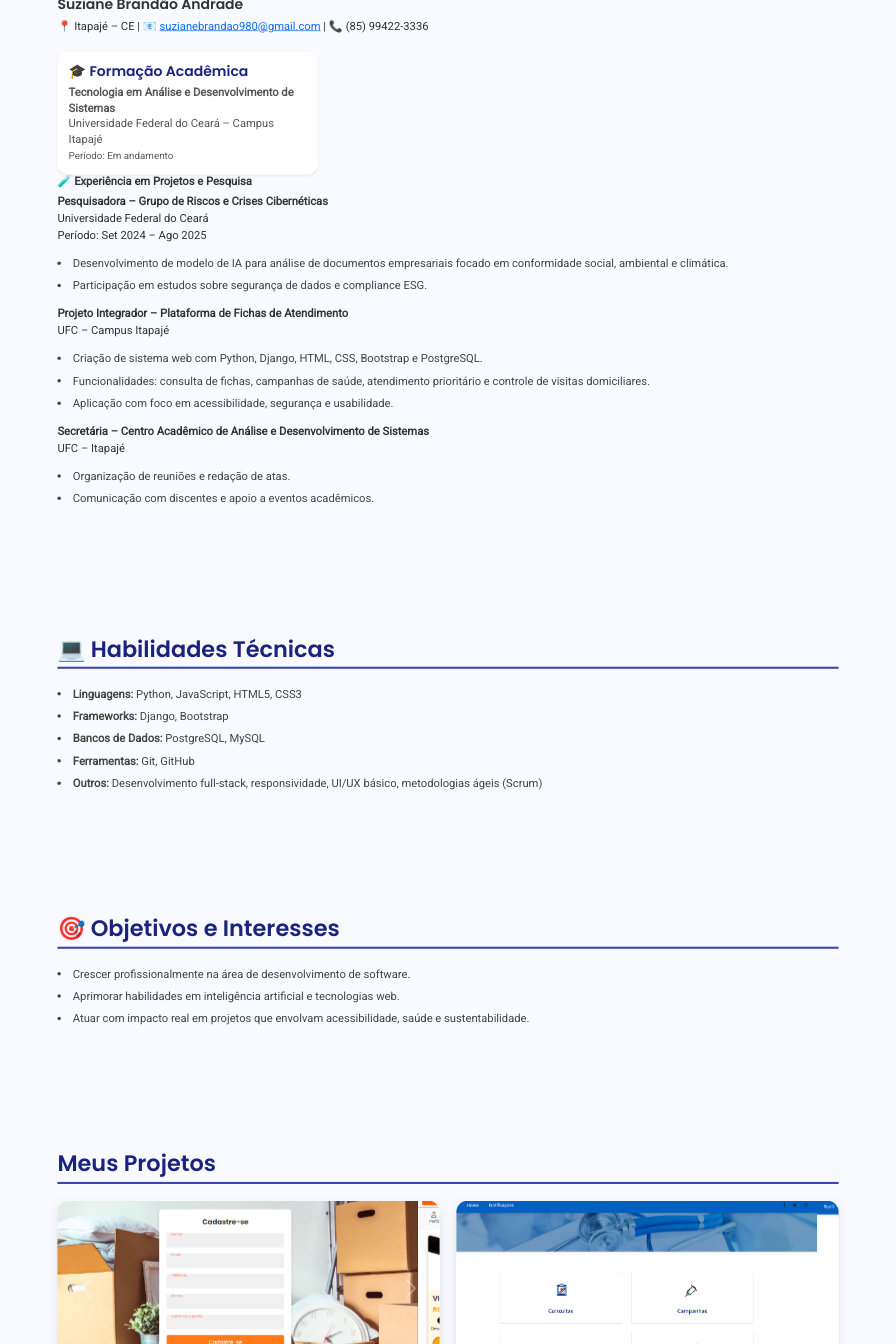
Repository: Suziane90/Portifolio
Page: index2.html
These files come from the project's save history. The page is drawn as it stood at one moment and after a run of saves; the edit follows.
The browser window is 1280 px wide. The pictures show the part of the page from y = 748 to 2668 px (the page is 3356 px tall before and 4208 px after), at 70% of full size.

Above is the page before, as saved 2025-07-24 11:05:03.

After the next 2 saves:
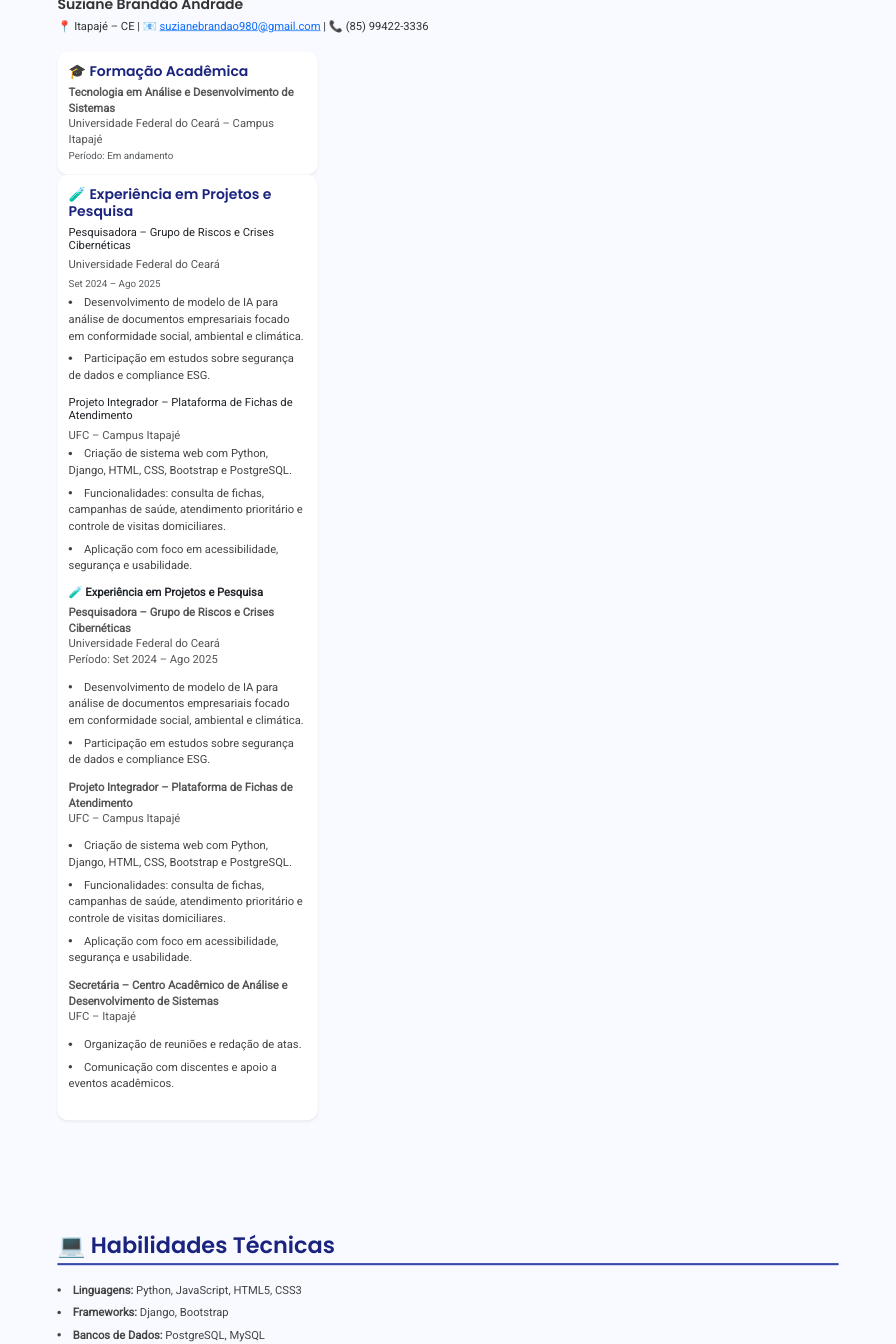
The 2 saves are shown as one change because they came seconds apart.
The last was saved 45 s later.
--- a/index2.html
+++ b/index2.html
@@ -224,6 +224,27 @@
         </div>
       </div>
     </div>
+        <!-- Experiência -->
+    <div class="col-md-4">
+      <div class="card shadow-sm h-100 border-0">
+        <div class="card-body">
+          <h5 class="card-title fw-bold">🧪 Experiência em Projetos e Pesquisa</h5>
+
+          <h6 class="mt-2">Pesquisadora – Grupo de Riscos e Crises Cibernéticas</h6>
+          <p class="mb-1">Universidade Federal do Ceará</p>
+          <p class="mb-1"><small class="text-muted">Set 2024 – Ago 2025</small></p>
+          <ul>
+            <li>Desenvolvimento de modelo de IA para análise de documentos empresariais focado em conformidade social, ambiental e climática.</li>
+            <li>Participação em estudos sobre segurança de dados e compliance ESG.</li>
+          </ul>
+
+          <h6 class="mt-3">Projeto Integrador – Plataforma de Fichas de Atendimento</h6>
+          <p class="mb-1">UFC – Campus Itapajé</p>
+          <ul>
+            <li>Criação de sistema web com Python, Django, HTML, CSS, Bootstrap e PostgreSQL.</li>
+            <li>Funcionalidades: consulta de fichas, campanhas de saúde, atendimento prioritário e controle de visitas domiciliares.</li>
+            <li>Aplicação com foco em acessibilidade, segurança e usabilidade.</li>
+          </ul>
 
       <div class="mb-4">
         <h6><strong>🧪 Experiência em Projetos e Pesquisa</strong></h6>

After the save that followed:
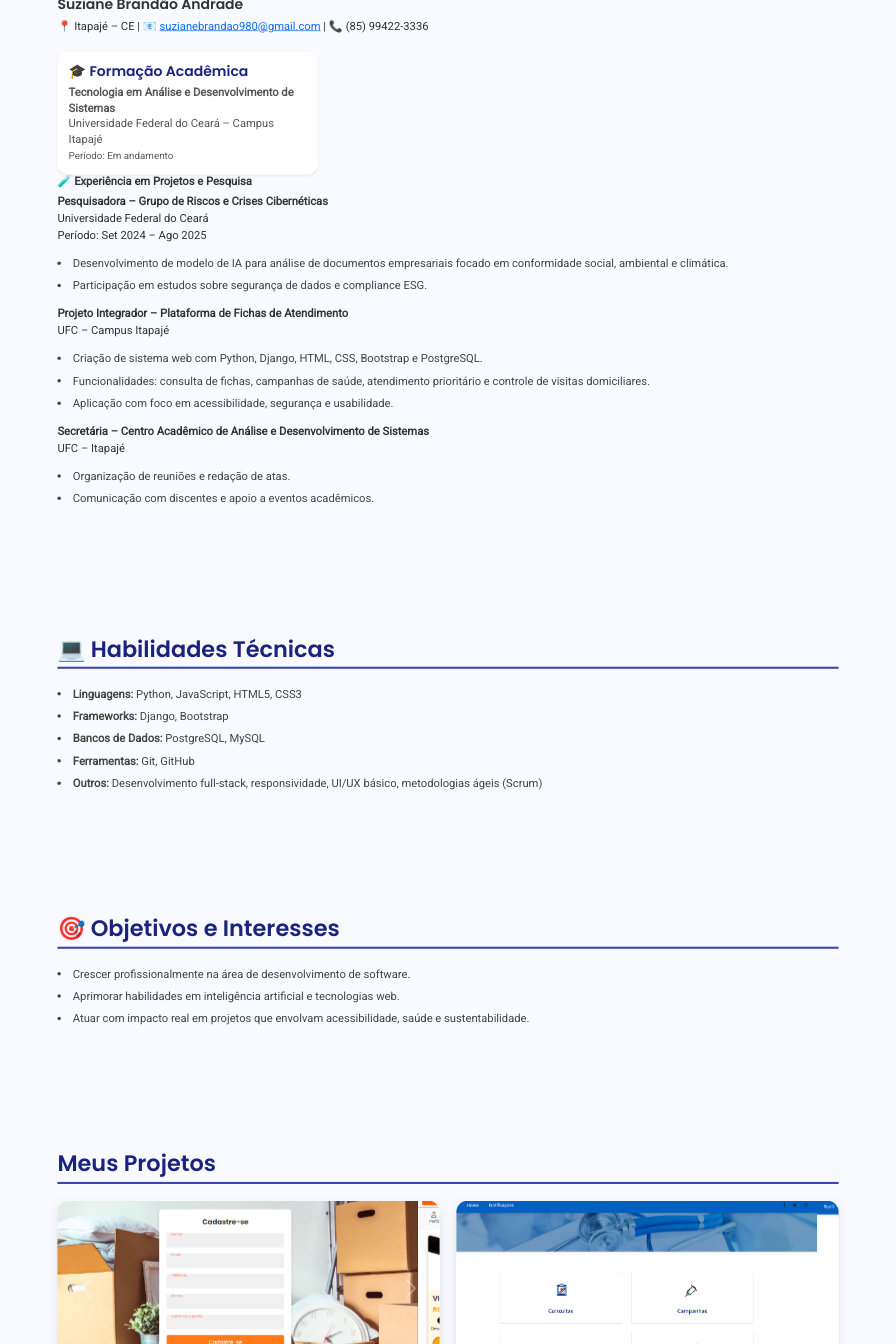
Saved 19 s later.
--- a/index2.html
+++ b/index2.html
@@ -224,27 +224,6 @@
         </div>
       </div>
     </div>
-        <!-- Experiência -->
-    <div class="col-md-4">
-      <div class="card shadow-sm h-100 border-0">
-        <div class="card-body">
-          <h5 class="card-title fw-bold">🧪 Experiência em Projetos e Pesquisa</h5>
-
-          <h6 class="mt-2">Pesquisadora – Grupo de Riscos e Crises Cibernéticas</h6>
-          <p class="mb-1">Universidade Federal do Ceará</p>
-          <p class="mb-1"><small class="text-muted">Set 2024 – Ago 2025</small></p>
-          <ul>
-            <li>Desenvolvimento de modelo de IA para análise de documentos empresariais focado em conformidade social, ambiental e climática.</li>
-            <li>Participação em estudos sobre segurança de dados e compliance ESG.</li>
-          </ul>
-
-          <h6 class="mt-3">Projeto Integrador – Plataforma de Fichas de Atendimento</h6>
-          <p class="mb-1">UFC – Campus Itapajé</p>
-          <ul>
-            <li>Criação de sistema web com Python, Django, HTML, CSS, Bootstrap e PostgreSQL.</li>
-            <li>Funcionalidades: consulta de fichas, campanhas de saúde, atendimento prioritário e controle de visitas domiciliares.</li>
-            <li>Aplicação com foco em acessibilidade, segurança e usabilidade.</li>
-          </ul>
 
       <div class="mb-4">
         <h6><strong>🧪 Experiência em Projetos e Pesquisa</strong></h6>
